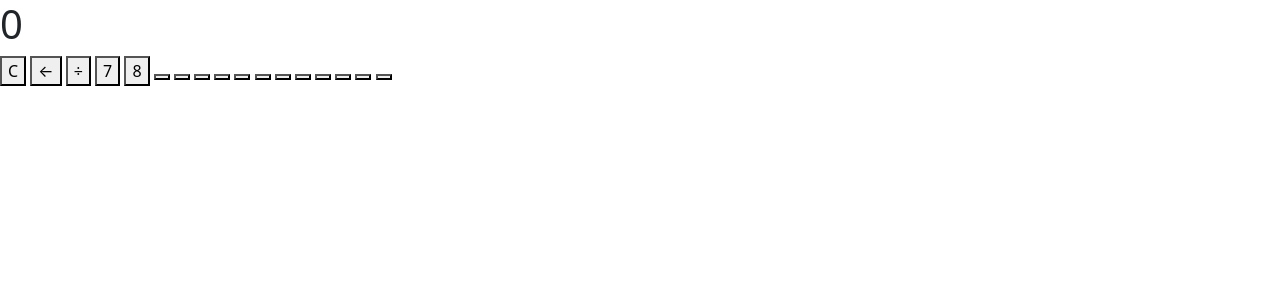
Repository: jgramirez0210/LAB-calculator
Page: index.html
These files come from the project's save history. The page is drawn as it stood at one moment and after a run of saves; the edit follows.
The browser window is 1280 px wide. The pictures show the whole page.

Above is the page before, as saved 2023-10-10 20:03:58.

After the next 2 saves:
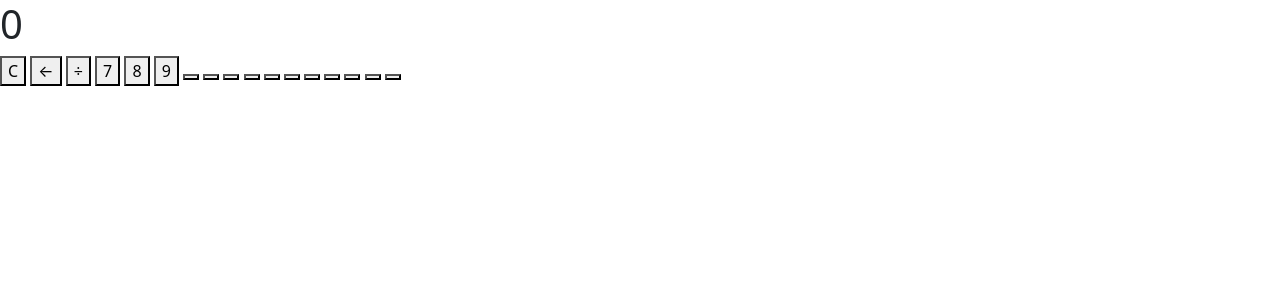
The 2 saves are shown as one change because they came seconds apart.
The last was saved 31 s later.
--- a/index.html
+++ b/index.html
@@ -15,7 +15,7 @@
   <button id="divide-btn">÷</button>
   <button id="7">7</button>
   <button id="8">8</button>
-  <button id=""></button>
+  <button id="9">9</button>
   <button id=""></button>
   <button id=""></button>
   <button id=""></button>
